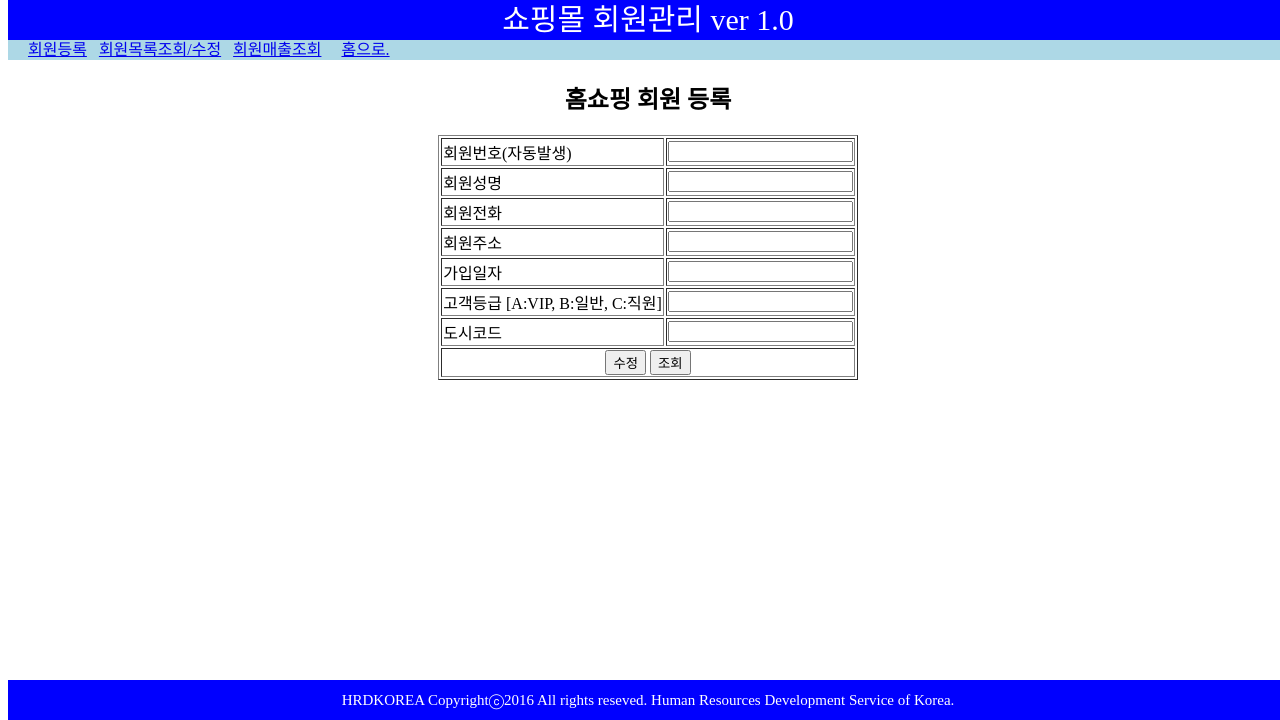
Repository: YeoJeongmo/hrdKorea
Page: http://localhost/hrd_01/modify.jsp
The author's editor kept a copy of each file at every save. The page is drawn from the files as they stood at one save, then again after the next save.
The browser window is 1280 px wide. The pictures show the whole page.
The page is served by Tomcat 9. Other server files are loaded and not shown.

Above is the page before, as saved 2024-08-22 04:44:20.

### hrd_01/src/main/webapp/modify.jsp
<%@ page language="java" contentType="text/html; charset=UTF-8"
    pageEncoding="UTF-8"%>
<!DOCTYPE html>
<html>
<head>
<meta charset="UTF-8">
<title>modify</title>
</head>
<body>

<jsp:include page="header.jsp"></jsp:include>

<section style="position:fixed;
				top: 60px;
				color: black;
				width: 100%;
				">
<h2 style="text-align: center;">홈쇼핑 회원 등록</h2>
<form name="frm"
		style="display:flex;
		align-items: center;
		justify-content: center;"
		>

	<table border="1">
		<tr>
			<td>회원번호(자동발생)</td>
			<td><input type="text" name="custno" readonly="readonly"></td>
		</tr>
		<tr>
			<td>회원성명</td>
			<td><input type="text" name="custname"></td>
		</tr>
		<tr>
			<td>회원전화</td>
			<td><input type="text" name="phone"></td>
		</tr>
		<tr>
			<td>회원주소</td>
			<td><input type="text" name="address"></td>
		</tr>
		<tr>
			<td>가입일자</td>
			<td><input type="text" name="joindate"></td>
		</tr>
		<tr>
			<td>고객등급 [A:VIP, B:일반, C:직원]</td>
			<td><input type="text" name="grade"></td>
		</tr>
		<tr>
			<td>도시코드</td>
			<td><input type="text" name="city"></td>
		</tr>
		<tr>
			<td colspan="2"
				style="text-align: center">
				<input type="submit" value="수정" onclick="return joinCheck()"/>
				<input type="button" value="조회" onclick="return search()"/>
			</td>
		</tr>
	</table>
</form>

</section>
<jsp:include page="footer.jsp"></jsp:include>

</body>
</html>

### hrd_01/src/main/webapp/header.jsp
<%@ page language="java" contentType="text/html; charset=UTF-8"
    pageEncoding="UTF-8"%>
<!DOCTYPE html>
<html>
<head>
<meta charset="UTF-8">
<title>header</title>
</head>
<body>
<header style="position:fixed;
				top:0px;
				width: 100%;
				height:40px;
				background-color: blue;
				color: white;
				text-align: center;
				line-height: 40px;
				font-size: 30px;
				"> 쇼핑몰 회원관리 ver 1.0
</header>

<nav style="position: fixed;
			top:40px;
			width: 100%;
			height: 20px;
			background-color: lightblue;
			color: white;
			text-align: left;
			line-height: 20px;
			padding-left: 20px;
			">
<a href="join.jsp">회원등록</a>&nbsp;&nbsp;
<a href="list.jsp">회원목록조회/수정</a>&nbsp;&nbsp;
<a href="salary.jsp">회원매출조회</a>&nbsp;&nbsp;&nbsp;&nbsp;
<a href="index.jsp">홈으로.</a>
</nav>


</body>
</html>

### hrd_01/src/main/webapp/footer.jsp
<%@ page language="java" contentType="text/html; charset=UTF-8"
    pageEncoding="UTF-8"%>
<!DOCTYPE html>
<html>
<head>
<meta charset="UTF-8">
<title>footer</title>
</head>
<body>
<footer style="position: fixed;
				bottom: 0px;
				width: 100%;
				height:40px;
				background-color: blue;
				color: white;
				text-align: center;
				line-height: 40px;
				font-size: 15px;
">HRDKOREA Copyrightⓒ2016 All rights reseved. Human Resources Development Service of Korea.
</footer>
</body>
</html>

After the next save:
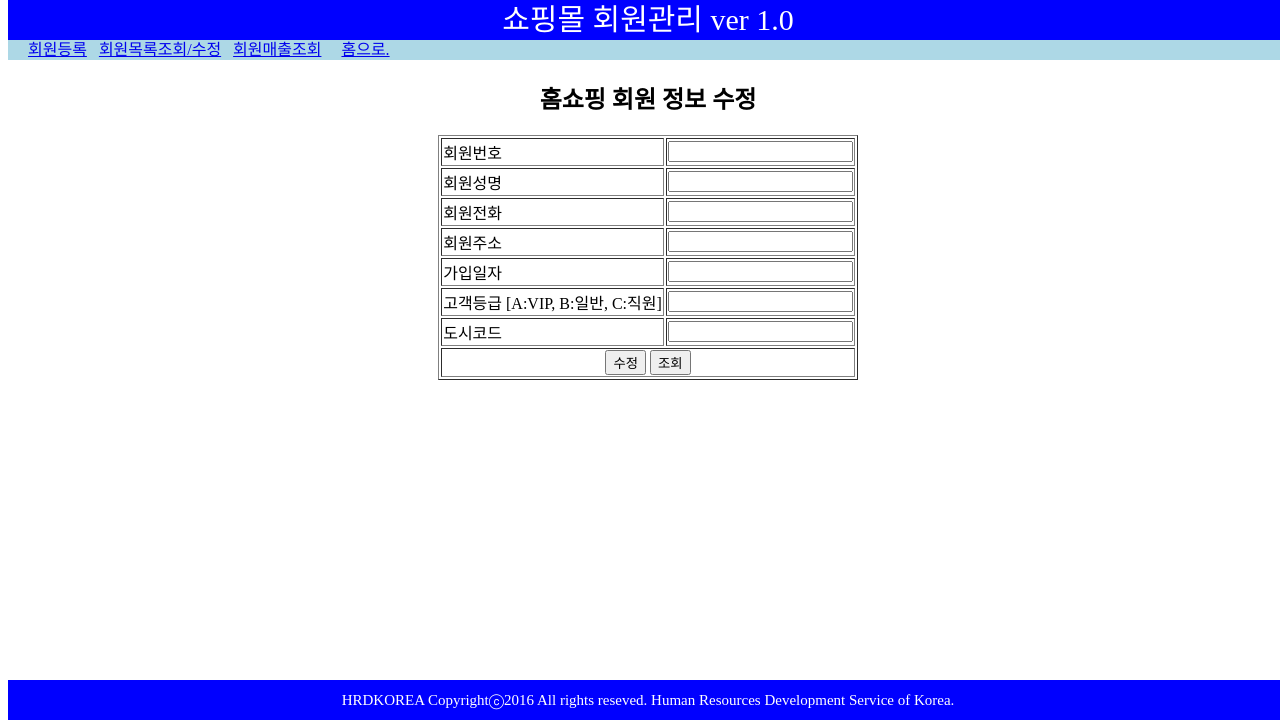
Saved 27 s later.
--- a/hrd_01/src/main/webapp/modify.jsp
+++ b/hrd_01/src/main/webapp/modify.jsp
@@ -15,7 +15,7 @@
 				color: black;
 				width: 100%;
 				">
-<h2 style="text-align: center;">홈쇼핑 회원 등록</h2>
+<h2 style="text-align: center;">홈쇼핑 회원 정보 수정</h2>
 <form name="frm"
 		style="display:flex;
 		align-items: center;
@@ -24,7 +24,7 @@
 
 	<table border="1">
 		<tr>
-			<td>회원번호(자동발생)</td>
+			<td>회원번호</td>
 			<td><input type="text" name="custno" readonly="readonly"></td>
 		</tr>
 		<tr>
